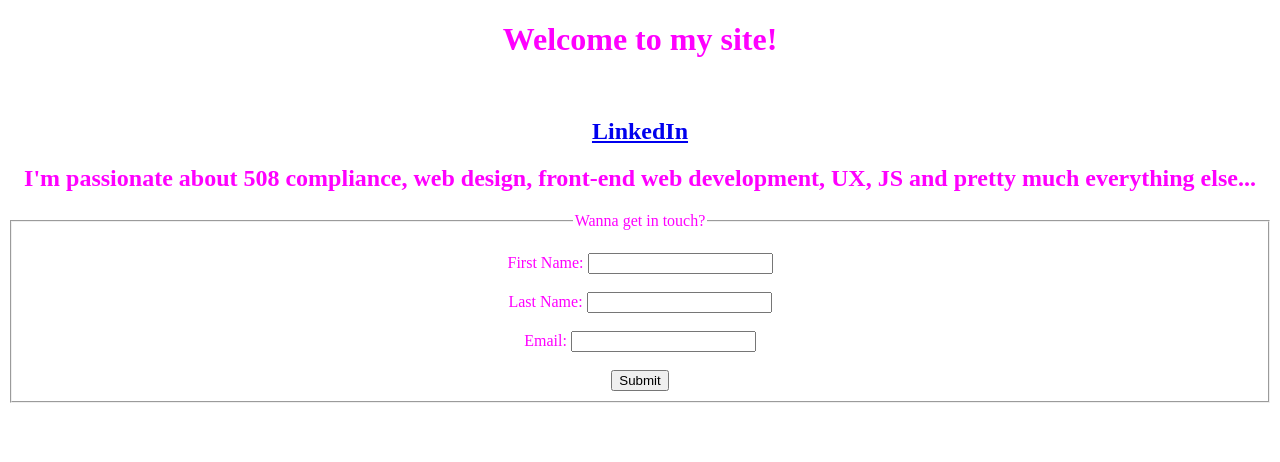
Repository: jasvr/jasvr.io
Page: index.html
The author's editor kept a copy of each file at every save. The page is drawn from the files as they stood at one save, then again after a run of saves.
The browser window is 1280 px wide. The pictures show the whole page.

Above is the page before, as saved 2020-01-10 14:40:40.

### index.html
<!DOCTYPE html>
<html lang="en">
<head>
    <meta charset="UTF-8">
    <meta name="viewport" content="width=device-width, initial-scale=1.0">
    <meta http-equiv="X-UA-Compatible" content="ie=edge">
    <title>Jasmin Vargas</title>
    <link href="style.css" type="text/css" rel="stylesheet">
</head>
<body>
    <h1>Welcome to my site!</h1>
    <br>
    <h2><a href="https://www.linkedin.com/in/jasvrgs/">LinkedIn</a></h2>
    <h2>I'm passionate about 508 compliance, web design, front-end web development, UX, JS and pretty much everything else...</h2>

    <fieldset>
        <legend>Wanna get in touch?</legend>
        <div>
            <br>
            <label for ="firstname">First Name: </label>
            <input type="text" name="firstname"/>
        </div>
        <div>
            <br>
            <label for ="lastname">Last Name: </label>
            <input type="text" name="lastname"/>
        </div>
        <div>
            <br>
            <label for ="email">Email: </label>
            <input type="text" name="email"/>

        </div>
        <div>
            <br>
            <input type="submit" value="Submit">
        </div>
    </fieldset>
</body>
</html>

### style.css
body{
    color:magenta;
    text-align:center;
    }

    *:focus{
        outline: 0;
        box-shadow: 0 0 10px #eb0486;
        border-color: #eb0486;
    }

    a:focus{
        color: #eb0486;
        font-weight: bold;
    }

    .button:focus{
        background-color: #eb0486;

    }

After the next 7 saves:
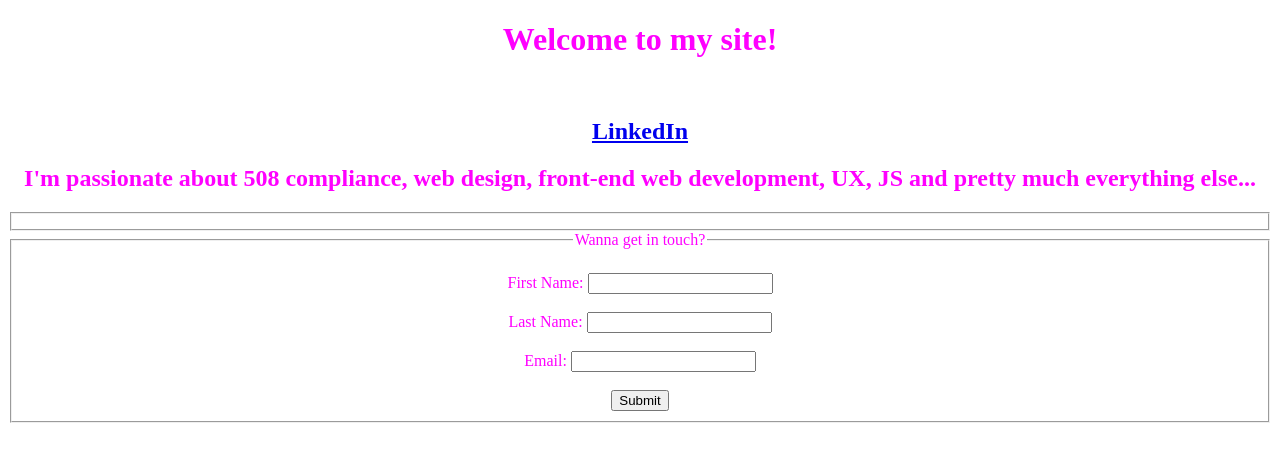
The 7 saves are shown as one change because they came seconds apart.
The last was saved 16 min 10 s later.
--- a/index.html
+++ b/index.html
@@ -12,6 +12,11 @@
     <br>
     <h2><a href="https://www.linkedin.com/in/jasvrgs/">LinkedIn</a></h2>
     <h2>I'm passionate about 508 compliance, web design, front-end web development, UX, JS and pretty much everything else...</h2>
+
+    <fieldset>
+
+    </fieldset>
+
 
     <fieldset>
         <legend>Wanna get in touch?</legend>
